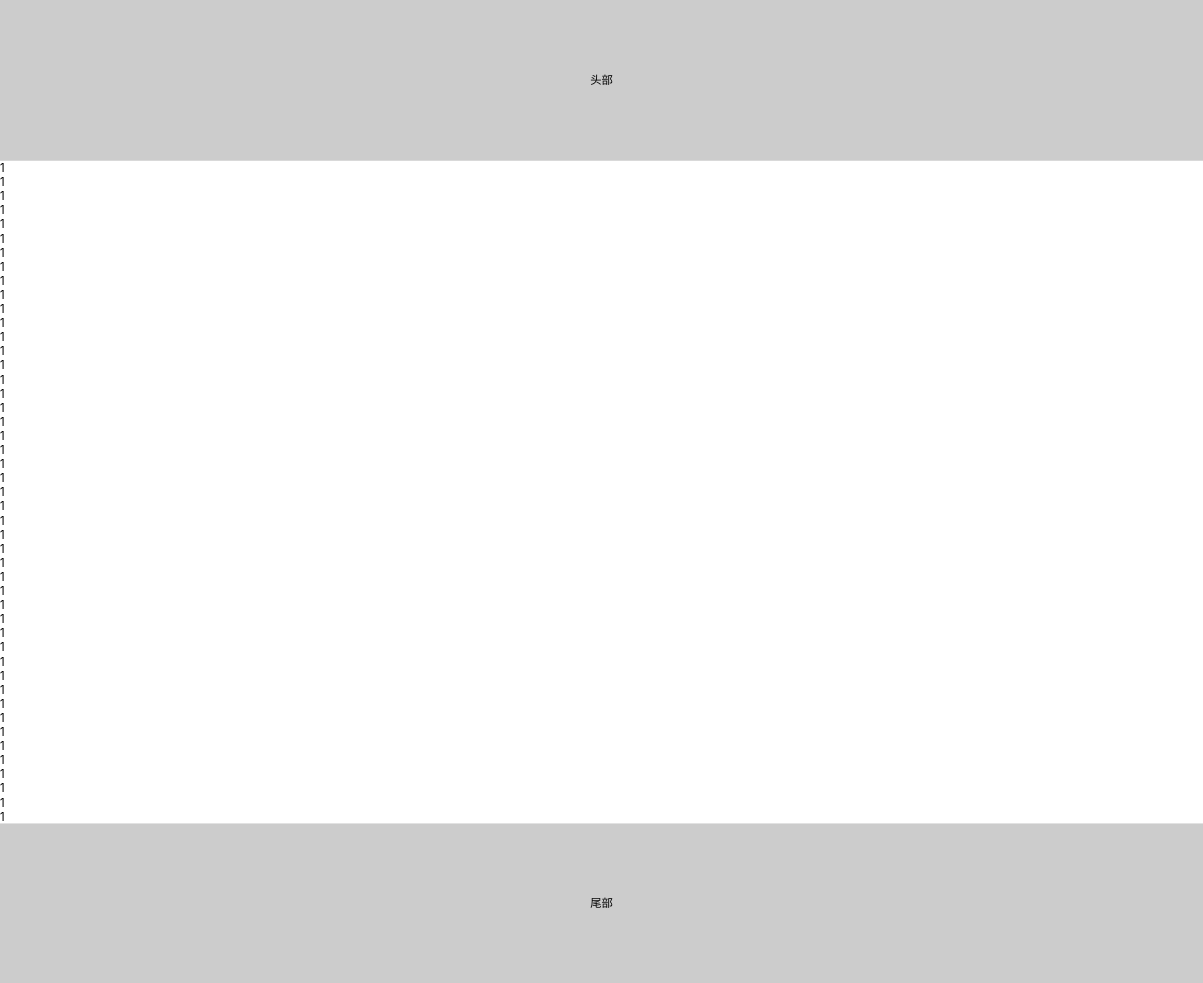
Repository: zjb17395046959/h5-
Page: index.html
These files come from the project's save history. The page is drawn as it stood at one moment and after the next save; the edit follows.
The browser window is 1280 px wide. The pictures show the whole page, at 94% of full size.
The style sheet was rebuilt from its Sass, Less or Tailwind sources for each picture, by a compiler version that may differ from the author's.

Above is the page before, as saved 2020-09-14 16:08:12.

### index.html
<!DOCTYPE html>
<html lang="en">
<head>
    <meta charset="utf-8">
    <meta content="yes" name="apple-mobile-web-app-capable" />
    <meta content="yes" name="apple-touch-fullscreen" />
    <meta content="telephone=no,email=no" name="format-detection" />
    <meta name="viewport" content="initial-scale=1, maximum-scale=1, minimum-scale=1, user-scalable=no">
    <title>头尾固定，中间超出隐藏</title>
    <link rel="stylesheet" href="./css/reset.css">
    <link rel="stylesheet" href="./css/index.css">
    <script src="./js/jquery-2.1.3.min.js"></script>
    <script src="./js/flexible.js"></script>
    <script src="./js/util.js"></script>
</head>
<body>
    <!-- 布局开始 -->
    <div id="wrap">
        <!-- 头部布局 -->
        <header>头部</header>
        <div class="content">
            <p>1</p>
            <p>1</p>
            <p>1</p>
            <p>1</p>
            <p>1</p>
            <p>1</p>
            <p>1</p>
            <p>1</p>
            <p>1</p>
            <p>1</p>
            <p>1</p>
            <p>1</p>
            <p>1</p>
            <p>1</p>
            <p>1</p>
            <p>1</p>
            <p>1</p>
            <p>1</p>
            <p>1</p>
            <p>1</p>
            <p>1</p>
            <p>1</p>
            <p>1</p>
            <p>1</p>
            <p>1</p>
            <p>1</p>
            <p>1</p>
            <p>1</p>
            <p>1</p>
            <p>1</p>
            <p>1</p>

            <p>1</p>
            <p>1</p>

            <p>1</p>
            <p>1</p>
            <p>1</p>
            <p>1</p>
            <p>1</p>
            <p>1</p>
            <p>1</p>
            <p>1</p>
            <p>1</p>
            <p>1</p>
            <p>1</p>
            <p>1</p>
            <p>1</p>

            <p>1</p>
        </div>
        <footer>尾部</footer>


<!-- 布局结束 -->
    </div>
</body>
</html>

### css/reset.css
/*清除外边距*/
body, h1, h2, h3, h4, h5, h6, hr, p, blockquote, figure, /*结构元素*/
dl, dt, dd, ul, ol, li, /*列表元素*/
fieldset, lengend, button, input, textarea, /*表单元素*/
th, td, /*表格元素*/
pre /*文本格式元素*/ {
    margin: 0;
    -webkit-tap-highlight-color:rgba(0,0,0,0);
    -webkit-tap-highlight-color: transparent;
}
/*清除内边距*/
ul, ol, menu, td, input{
    padding: 0;
}
/*重置列表元素*/
ul, ol {
    list-style: none;
}
/*将字体扶正*/
address, cite, dfn, em, var {
    font-style: normal;
}
/*清下划线*/
a {
    text-decoration: none;
    color: black;
}
/*鼠标略过a标签，显示下划线*/
a:hover {
    /*text-decoration: underline;*/
}
/*清浮动*/
.clear:after {
    content: '';
    display: block;
    clear: both;
}

.fl{
    float: left;
}

.fr {
    float: right;
}

input,textarea{
    border: none;
    outline:none;

}
input[type="button"],button{
    -moz-appearance: none;
    -webkit-appearance: none;
    border-radius: 0;/*解决ios上输入框圆角问题*/
}


input[type="text"]:focus,input[type="number"]:focus,input[type="tel"]:focus {
    -webkit-box-shadow: 0 0 0 1000px white inset !important;
}
input[type="text"]:-webkit-autofill,input[type="number"]:-webkit-autofill,input[type="tel"]:-webkit-autofill,
input[type="text"]:-webkit-autofill:focus,input[type="number"]:-webkit-autofill:focus,input[type="tel"]:-webkit-autofill:focus {
    -webkit-box-shadow: 0 0 0px 1000px white inset !important;
    background-color: #fff;
    transition: background-color 50000s ease-in-out 0s;
    -webkit-transition-delay: 99999s;
    -webkit-transition: color 99999s ease-out, background-color 99999s ease-out;
}

/* input:-webkit-autofill {
    -webkit-box-shadow: 0 0 0px 1000px white inset !important;
} */

::-webkit-scrollbar { width: 0  }

body {
    font-family: -apple-system, BlinkMacSystemFont, "PingFang SC","Helvetica Neue",STHeiti,"Microsoft Yahei",Tahoma,Simsun,sans-serif;
    -webkit-text-size-adjust: 100% !important;/*防止ios手机字体默认变大*/
}

### js/flexible.js
(function flexible (window, document) {
    var docEl = document.documentElement
    var dpr = window.devicePixelRatio || 1

    // adjust body font size
    function setBodyFontSize () {
      if (document.body) {
        document.body.style.fontSize = (12 * dpr) + 'px'
      }
      else {
        document.addEventListener('DOMContentLoaded', setBodyFontSize)
      }
    }
    setBodyFontSize();

    // set 1rem = viewWidth / 10
    function setRemUnit () {
      var rem = docEl.clientWidth / 10
      docEl.style.fontSize = rem + 'px'
    }

    setRemUnit()

    // reset rem unit on page resize
    window.addEventListener('resize', setRemUnit)
    window.addEventListener('pageshow', function (e) {
      if (e.persisted) {
        setRemUnit()
      }
    })

    // detect 0.5px supports
    if (dpr >= 2) {
      var fakeBody = document.createElement('body')
      var testElement = document.createElement('div')
      testElement.style.border = '.5px solid transparent'
      fakeBody.appendChild(testElement)
      docEl.appendChild(fakeBody)
      if (testElement.offsetHeight === 1) {
        docEl.classList.add('hairlines')
      }
      docEl.removeChild(fakeBody)
    }

    var viewport = document.querySelector("meta[name=viewport]");
        var dpr = window.devicePixelRatio || 1;
        var scale = 1 / dpr;
        //下面是根据设备dpr设置viewport
        viewport.setAttribute(
            "content",
            "width=device-width,initial-scale=" +
            scale +
            ", maximum-scale=" +
            scale +
            ", minimum-scale=" +
            scale +
            ", user-scalable=no"
        );

  }(window, document))

### js/util.js
$(function(){

        /**
     * ajax封装
     * url 发送请求的地址
     * data 发送到服务器的数据，数组存储
     * isLoading 是否显示loading
     * dataType 预期服务器返回的数据类型，常用的如：xml、html、json、text
     * successfn 成功回调函数
     * errorfn 失败回调函数
     */
    var loadNum = 0;
    jQuery.axspost=function(url, data,isLoading,successfn,errorfn) {

        $.ajax({
            type: "POST",
            data: data,
            url: "http://10.6.4.154:8081/app/v6/membersExchange/"+url,
            dataType: "json",
            beforeSend:function(){
                if(isLoading){
                    loadNum++;
                    $(".loading").show();
                }

            },
            success: function(d){
                console.log("成功",d)
                if(d.result == "000"){
                    successfn(d);
                }else{
                    console.log(d)
                    if(typeof errorfn === "function"){
                        errorfn("success",d);
                    }else{
                        $.toast(d.msg);
                    }
                }
            },
            error: function(e){
                console.log("失败",e)
                if(typeof errorfn === "function"){
                    errorfn("error",e);
                }else{
                    toast("请求出错！");
                    console.log(e)
                }

            },
            complete:function(e){
                if(isLoading){
                    loadNum--
                    if(loadNum === 0){
                        $(".loading").hide();
                    }
                }

            }
        });
    };

    jQuery.toast=function(msg, duration) {
        duration = isNaN(duration) ? 2000 : duration;
        var m = document.createElement('div');
        m.innerHTML = msg;
        m.setAttribute("class", "toast");

        m.style.cssText = "font-family:siyuan;padding:1.5vw  3.0557333vw;color: rgb(255, 255, 255);line-height: 5.7306667vw;text-align: center;border-radius: 0.8730667vw;position: fixed;top: 50%;left: 50%;transform: translate(-50%, -50%);z-index: 999999;background: rgba(0, 0, 0,.7);font-size:  3.4922667vw;word-break:break-all;";
        if(msg.length > 10){
            m.style.cssText+="min-width: 62%;"
        }
        document.body.appendChild(m);
        setTimeout(function() {
            var d = 0.5;
            m.style.webkitTransition = '-webkit-transform ' + d + 's ease-in, opacity ' + d + 's ease-in';
            m.style.opacity = '0';
            setTimeout(function() {
                document.body.removeChild(m)
            }, d * 1000);
        }, duration);
    }

  //校验手机号
  jQuery.PhoneNumberVerify=function(tel) {
    if(tel != ""){
        var reg =/^0?1[3|4|5|6|7|8|9][0-9]\d{8}$/;
        return reg.test(tel);
    }
  };

    //校验邮箱
    jQuery.emailVerify=function(email) {
        if (email != "") {
            var reg = /^\w+((-\w+)|(\.\w+))*\@[A-Za-z0-9]+((\.|-)[A-Za-z0-9]+)*\.[A-Za-z0-9]+$/;
            return reg.test(email);

        };
    };

     //保留两位小数
     jQuery.returnFloat=function(value){
        var value=Math.round(parseFloat(value)*100)/100;
        var xsd=value.toString().split(".");
        if(xsd.length==1){
            value=value.toString()+".00";
            return value;
        }
        if(xsd.length>1){
        if(xsd[1].length<2){
            value=value.toString()+"0";
        }
        return value;
        }
    }

    jQuery.add = function (arg1, arg2, d) {
        arg1 = arg1.toString(), arg2 = arg2.toString();
        var arg1Arr = arg1.split("."),
            arg2Arr = arg2.split("."),
            d1 = arg1Arr.length == 2 ? arg1Arr[1] : "",
            d2 = arg2Arr.length == 2 ? arg2Arr[1] : "";
        var maxLen = Math.max(d1.length, d2.length);
        var m = Math.pow(10, maxLen);
        var result = Number(((arg1 * m + arg2 * m) / m).toFixed(maxLen));
        var d = arguments[2];
        return typeof d === "number" ? Number((result).toFixed(d)) : result;
    }

    jQuery.accSub = function (arg1, arg2) {
        var r1, r2, m, n;
        try {
            r1 = arg1.toString().split(".")[1].length
        } catch (e) {
            r1 = 0
        };
        try {
            r2 = arg2.toString().split(".")[1].length
        } catch (e) {
            r2 = 0
        };
        m = Math.pow(10, Math.max(r1, r2));
        // 动态控制精度长度
        n = (r1 >= r2) ? r1 : r2;
        return ((arg1 * m - arg2 * m) / m).toFixed(n);
    }
    //乘法
    jQuery.accMul = function (arg1, arg2) {
        var m = 0,
            s1 = arg1.toString(),
            s2 = arg2.toString();
        try {
            m += s1.split(".")[1].length
        } catch (e) {};
        try {
            m += s2.split(".")[1].length
        } catch (e) {};
        return Number(s1.replace(".", "")) * Number(s2.replace(".", "")) / Math.pow(10, m);
    }

    //android禁止微信浏览器调整字体大小
   if (typeof WeixinJSBridge == "object" && typeof WeixinJSBridge.invoke == "function") {
       handleFontSize();
   } else {
       if (document.addEventListener) {
           document.addEventListener("WeixinJSBridgeReady", handleFontSize, false);
       } else if (document.attachEvent) {
           document.attachEvent("WeixinJSBridgeReady", handleFontSize);
           document.attachEvent("onWeixinJSBridgeReady", handleFontSize);  }
   }
   function handleFontSize() {
       // 设置网页字体为默认大小
       WeixinJSBridge.invoke('setFontSizeCallback', { 'fontSize' : 0 });
       // 重写设置网页字体大小的事件
       WeixinJSBridge.on('menu:setfont', function() {
           WeixinJSBridge.invoke('setFontSizeCallback', { 'fontSize' : 0 });
       });
   }
});

### css/index.less
@baseWidth:750;
.vw(@name,@px){
    @{name}:(@px / @baseWidth )* 100vw;
}
.longVw(@name,@a,@b,@c,@d){
    @{name}:( @a / @baseWidth)* 100vw ( @b / @baseWidth)* 100vw ( @c / @baseWidth)* 100vw ( @d / @baseWidth)* 100vw
}
#wrap{
    width: 100%;
    height: 100%;
    display: flex;
    flex-direction: column;
    header{
        .vw(height,100);
        .vw(line-height,100);
        text-align: center;
        background:#ccc;
    }
    .content{
        flex: 1;
        .vw(height,200);
        overflow: auto;
    }
    footer{
        .vw(height,100);
        .vw(line-height,100);
        text-align: center;
        background:#ccc;
    }
}

Loaded but not shown: js/jquery-2.1.3.min.js (library)

After the next save:
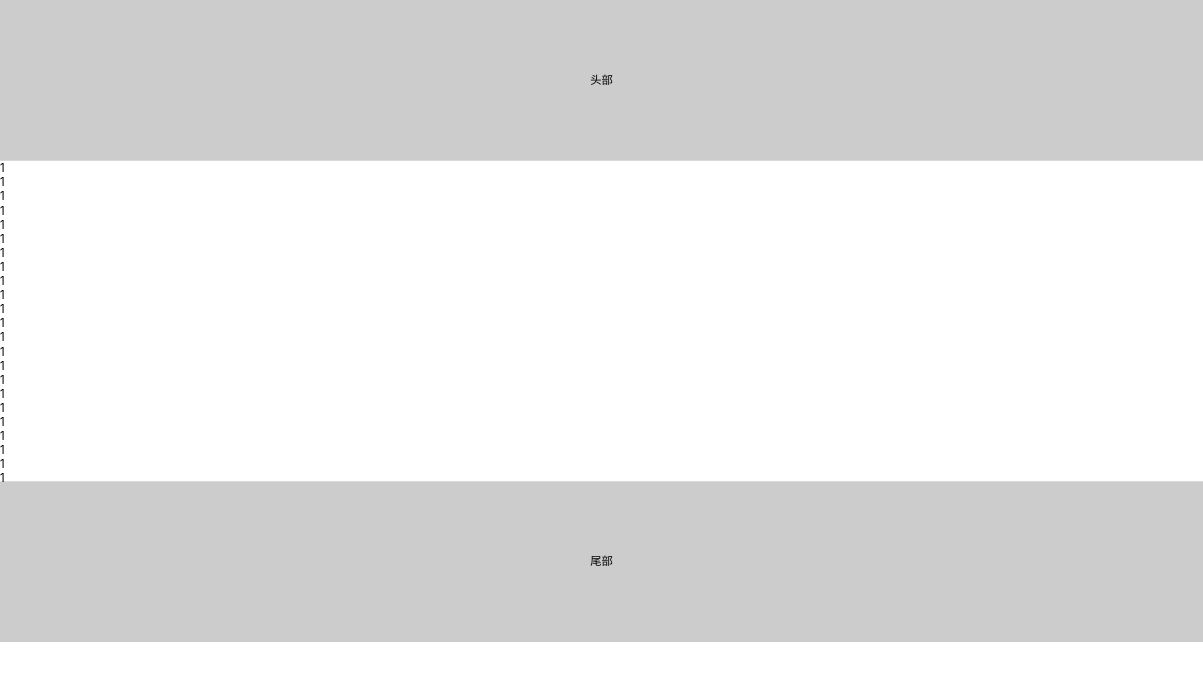
Saved 27 s later.
--- a/css/index.less
+++ b/css/index.less
@@ -17,7 +17,7 @@
         background:#ccc;
     }
     .content{
-        flex: 1;
+        // flex: 1;
         .vw(height,200);
         overflow: auto;
     }
